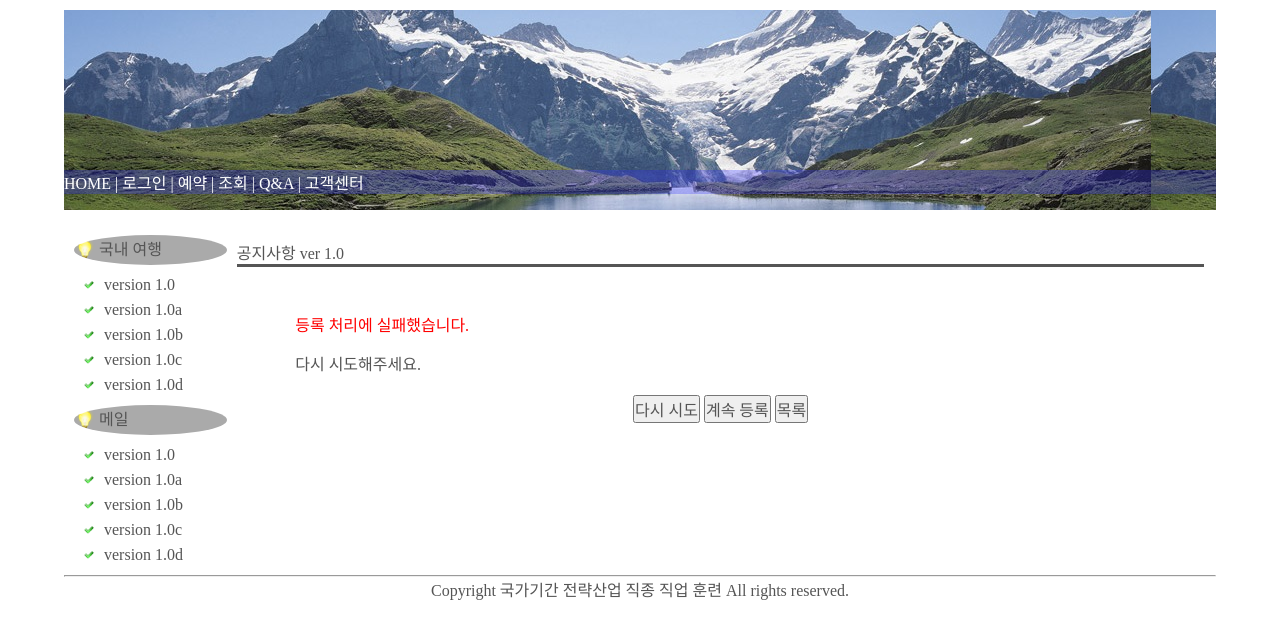
Repository: jangky000/ai_web
Page: http://localhost/blog_v2jc/mail_app/create_proc.jsp
An editor plug-in stored every save of this project. The page is shown before and after the next save, followed by the edit.
The browser window is 1280 px wide. The pictures show the whole page.
The page is served by Tomcat 9. Other server files are loaded and not shown. Queries for data that is not in the repository find no rows.

Above is the page before, as saved 2020-03-27 05:48:31.

### ws__frame/blog_v2jc/WebContent/mail_app/create_proc.jsp
<%@ page contentType="text/html; charset=UTF-8" %>

 <!-- MySQL에서 DBMS에 연결할때 쓰던 import 패키지와 구성이 같다. -->
 <!-- MovieDAO2.java 참조 -->
<%@ page import="java.sql.Connection" %>
<%@ page import=" java.sql.DriverManager" %>
<%@ page import="java.sql.PreparedStatement" %>
<%@ page import="java.sql.ResultSet" %>
<%@ page import="java.sql.SQLException" %>

<%
request.setCharacterEncoding("utf-8");
String root = request.getContextPath();
%>

<%
// 필요 변수 선언
Connection con = null;              // DBMS 연결
PreparedStatement pstmt = null; // SQL 실행
ResultSet rs = null;                   // SELECT 결과를 저장
StringBuffer sql = null;              // SQL 문장
int count = 0;                         // 처리된 레코드 갯수

// MYSQL
// String className = "org.gjt.mm.mysql.Driver"; // MySQL 연결 Driver
// String url = "jdbc:mysql://172.16.12.4:3306/javadb?useUnicode=true&characterEncoding=euckr"; //데이터베이스 javadb 사용

//Oracle, jdbc 연결
String className = "oracle.jdbc.driver.OracleDriver"; // Oracle 연결 Driver
String url = "jdbc:oracle:thin:@127.0.0.1:1521:XE"; //XE -> soldesk 등으로 달라질 수 있다.

String user = "ai6";
String password = "1234";
%>

<!DOCTYPE html>
<html lang="ko">
<head>
<meta charset="UTF-8">
<title></title>
<link href="<%=root%>/css/style.css" rel="Stylesheet" type="text/css">
</head>
<body>
<jsp:include page="/menu/top.jsp" flush='false' />
  <div class="title_line">공지사항 ver 1.0</div>
  <fieldset class="fieldset_basic">
    <!-- <legend class="legend_basic">공지사항 등록</legend> -->
      <ul>
        <%
        String title = request.getParameter("title");
        String content = request.getParameter("content");
        String rname = request.getParameter("rname");
        String passwd = request.getParameter("passwd");

      //네트워크 설정에 예외처리가 필수
        try {
          Class.forName(className); // memory로 클래스를 로딩함, 객체는 생성하지 않음.
          con = DriverManager.getConnection(url, user, password ); // MySQL 연결

          sql = new StringBuffer();
          //SQL문 앞에 한 칸 공백 만들기 + ' ; '지우기
          sql.append(" INSERT INTO notice(noticeno, title, content, rname, passwd, rdate )");
          sql.append(" VALUES (notice_seq.nextval, ?, ?, ?, ?, sysdate)"); // '?'는 ?값으로 판단, 문자열도 single quatation 없이 사용

          //StringBuffer를 문자열로 변환
          pstmt = con.prepareStatement(sql.toString());

          pstmt.setString(1, title);
          pstmt.setString(2, content);
          pstmt.setString(3, rname);
          pstmt.setString(4, passwd);

          //pstmt 바인딩 후에 실행
          count = pstmt.executeUpdate(); // INSERT, UPDATE, DELETE를 실행

        } catch (SQLException e) {
          System.out.println("SQL 실행 중 예외 발생");
          e.printStackTrace(); // 예외가 발생하기까지의 실행 과정 출력
        } catch (ClassNotFoundException e) {
          System.out.println("JDBC 드라이버가 없습니다.");
          e.printStackTrace();
        } finally {
          //try{ if (rs != null){ rs.close(); } }catch(Exception e){ }
          // 따로 에러 출력하지 않고 연결 종료
          try{ if (pstmt != null){ pstmt.close(); } }catch(Exception e){ }
          try{ if (con != null){ con.close(); } }catch(Exception e){ }
        }

      if(count == 1){
        %>
        <li class="li_none">등록 처리에 성공했습니다.</li>
        <%
      } else{
        %>
        <li class="li_error" >등록 처리에 실패했습니다.</li>
        <li class="li_none">다시 시도해주세요. </li>
        <%
      }
        %>
      </ul>
      <div class ="bottom_menu">
        <!-- onclick = "" javascript 연결 -->
        <%
        if(count == 0){
          %>
          <button type="button" onclick="history.back();">다시 시도</button>
          <%
        }
        %>
        <button type="button" onclick="location.href = './create_form.jsp'">계속 등록</button>
        <button type="button" onclick="location.href = './list.jsp'">목록</button>
      </div>
  </fieldset>

<jsp:include page="/menu/bottom.jsp" flush='false' />
</body>
</html>
</html>

### ws__frame/blog_v2jc/WebContent/menu/top.jsp
<%@ page contentType="text/html; charset=UTF-8" %>
<!-- jsp: include를 사용했기 때문에 root로 인한 충돌이 발생하지 않는다. -->
<% String root = request.getContextPath(); %>

<DIV class='container'>
  <DIV class='top_img'>
    <NAV class="top_menu">
      <a href="<%=root %>" class="menu_link">HOME</a> | 로그인 | 예약 | 조회 | Q&A | 고객센터
    </NAV>
  </DIV>

  <DIV style='margin-top: 10px;'> <!-- 좌측 메뉴 + 내용 시작 -->
    <DIV class='left_menu'> <!--  좌측 메뉴 시작 -->
      <div class="li_left_menu_1" >국내 여행</div>
      <UL>
         <!-- 모든 위치에서 동일한 주소를 찾아야하므로, 절대 경로로 설정 -->
        <LI class="li_left_menu_2"><a href="<%= request.getContextPath() %>/notice1/list.jsp">version 1.0</a></LI>
        <LI class="li_left_menu_2"><a href="<%= request.getContextPath() %>/notice1a/list.jsp">version 1.0a</a></LI>
        <LI class="li_left_menu_2"><a href="<%= request.getContextPath() %>/notice1b/list.jsp">version 1.0b</a></LI>
        <LI class="li_left_menu_2"><a href="<%= request.getContextPath() %>/notice1c/list.jsp">version 1.0c</a></LI>
        <LI class="li_left_menu_2"><a href="<%= request.getContextPath() %>/notice1d/list.jsp">version 1.0d</a></LI>
      </UL>
      <!-- br을 쓰는 것보다 margin으로 여백을 주는 것이 낫다 -->
      <div class="li_left_menu_1">메일</div>
      <UL>
        <LI class="li_left_menu_2"><a href="<%= request.getContextPath() %>/mail_app/list.jsp">version 1.0</a></LI>
        <LI class="li_left_menu_2"><a href="<%= request.getContextPath() %>/mail_app1a/list.jsp">version 1.0a</a></LI>
        <LI class="li_left_menu_2"><a href="<%= request.getContextPath() %>/mail_app1b/list.jsp">version 1.0b</a></LI>
        <LI class="li_left_menu_2"><a href="<%= request.getContextPath() %>/mail_app1c/list.jsp">version 1.0c</a></LI>
        <LI class="li_left_menu_2"><a href="<%= request.getContextPath() %>/mail_app1d/list.jsp">version 1.0d</a></LI>
      </UL>

    </DIV>  <!--  좌측 메뉴 종료 -->

    <DIV class='content_body'> <!--  내용 시작 -->

### ws__frame/blog_v2jc/WebContent/menu/bottom.jsp
<%@ page contentType="text/html; charset=UTF-8" %>

    </DIV> <!-- 내용 종료 -->
  </DIV> <!-- 좌측 메뉴 + 내용 종료 -->

  <!-- 화면 하단 메뉴 -->
  <DIV class='copyright'>
    <HR>
    Copyright 국가기간 전략산업 직종 직업 훈련 All rights reserved.
  </DIV>

</DIV> <!-- 컨테이너 종료 -->

### ws__frame/blog_v2jc/WebContent/css/style.css
/* ver 0.2 */
/* 모든 태그에 적용 */
  *{
     font-family: Malgun Gothic;
     font-size: 16px;
     margin: 0px;  /* top right bottom left */
     padding: 0px;
     color: #555555;
  }

  .container {
    width: 90%;
    margin: 10px auto;
  }

  /*
  이미지 경로 지정
  권장하지 않는 방법(절대경로): background-image: url('/blog_v2jc/css/images/top_image.jpg');
  권장하는 방법(상대경로): background-image: url('./images/top_image.jpg');
  style.css 파일이 include(link)되는 폴더를 현재 폴더로 인식함
  /blog_v2jc/css/style.css에서 사용
  /blog_v2jc/css/images/top_image.jpg 인식
   */
  .top_img {
    width: 100%;
    height: 200px;
    /* background-image: url('/blog_v2jc/menu/images/top_image.jpg'); */
    background-image: url('./images/top_image.jpg');
  }

  .top_menu {
    position: relative;  /* 부모 태그 기준 화면 상단 기준 */
    top: 80%;
    /* left: 2px;  */
    background-color: rgba(50, 50, 255, 0.3);
    color: white;
  }

  .left_menu {
    width: 15%;
    float: left;
  }

  .content_body {
    width: 84%;
    float: left;
  }

  .content_bottom {

  }

  .bottom_menu {
    text-align: center;
    margin: 20px auto;
    clear: both;
  }

  .copyright {
    text-align: center;
    margin: 20px auto; /* 블럭 가운데 정렬 */
    clear: both; /*  float: left; 해제 float 효과를 제거 */
  }

  .li_warning{/* 경고 메시지 */
    list-style: none;
    margin: 15px 10px;
    color: #ff6600;
  }

  .li_error{ /* 에러 메시지 */
    list-style: none;
    margin: 15px 10px;
    color: #FF0000;
  }

  .li_none{
    list-style: none;
    margin: 15px 10px;
  }

  .fieldset_basic{
    width:90%;
    margin:10px auto;
    border-top: none;
    border-right: none;
    border-bottom: none;
    border-left: none;
    padding: 10px;
  }

  .legend_basic{
    margin-left:30px;
    border:solid 1px #999999;
    background-color: #A6C2FF;
    color:#FFFFFF;
  }

  input:focus {outline:none;}
  .input_basic{
    border-top: none;
    border-right: none;
    border-bottom: solid 1px #999999;
    border-left: none;
  }

  .title_line{
    text-align:left;
    /* text-decoration: underline; */
    border-bottom: solid 3px #555555;
    width: 100%;
    margin: 20px auto;

  }

  .sub_menu{
    text-align: right;
    width: 100%;
  }

  .table_basic{
    border-collapse: collapse; /* 셀 합치기 */
    margin: 2px auto;
    width: 100%;
  }

  /*
    1em 기본값: 16px, 주변 태그의 글자 크기를 1em으로 인식
    div 태그가 20px일 경우 자식 태그가 0.5em이면 최종적으로 10px이 적용됨.
  */
  .th_basic{
    font-size: 0.8em;
    border-bottom: solid 1px #999999;
  }

  .td_basic{
    background-color: #ffffff;

    border-top: none;
    border-right: none;
    border-bottom: solid 1px #dddddd;
    border-left: none;

    text-align: center;
  }

  .td_left{
    background-color: #ffffff;

    border-top: none;
    border-right: none;
    border-bottom: solid 1px #dddddd;
    border-left: none;

    text-align: left;
  }

  A:link{  /* 방문전 상태 */
    text-decoration: none; /* 밑줄 삭제 */
    color: #555555;
  }

  A:visited{  /* 방문후 상태 */
    text-decoration: none; /* 밑줄 삭제 */
    color: #555555;
  }

  A:hover{  /* A 태그에 마우스가 올라간 상태 */
    text-decoration: underline; /* 밑줄 출력 */
    color: #7777FF;
  }

  A:active{  /* A 태그를 클릭한 상태 */
    text-decoration: underline; /* 밑줄 출력 */
    color: #7777FF;
  }

  /* top menu */
  .menu_link:link{  /* 방문전 상태 */
    text-decoration: none; /* 밑줄 삭제 */
    color: white;
  }

  .menu_link:visited{  /* 방문후 상태 */
    text-decoration: none; /* 밑줄 삭제 */
    color: white;
  }

  .menu_link:hover{  /* A 태그에 마우스가 올라간 상태 */
    text-decoration: underline; /* 밑줄 출력 */
    color: white;
    /* font-weight: bold; */
  }

  .menu_link:active{  /* A 태그를 클릭한 상태 */
    text-decoration: underline; /* 밑줄 출력 */
    color: white;
  }

  .content_title{
    border-top: none;
    border-right: none;
    border-bottom: solid 1px #999999;
    border-left: none;

    margin-bottom: 20px;
  }

  .content_bottom{
    border-top: none;
    border-right: none;
    border-bottom: none;
    border-left: none;
    margin: 20px 0;
    text-align: right;
    font-size: 0.8em;
  }

  .li_left_menu_1{/* 화면 좌측 대분류 */
    list-style: none;
    margin: 15px 10px;
    background: url(./images/li_left_menu_1.png) left center no-repeat; /* url 왼쪽 중간 반복x */
    background-color:#aaaaaa;
    border-radius: 50%;
    background-size: 22px;
    padding-left: 25px;
    line-height: 30px;
  }

  .li_left_menu_2{/* 화면 좌측 중분류 */
    list-style: none;
    margin: 15px 10px;
    background: url(./images/li_left_menu_2.png) left center no-repeat; /* url 왼쪽 중간 반복x */
    background-size: 10px;
    margin-left: 20px;
    padding-left: 20px;
    line-height: 10px;
  }

After the next save:
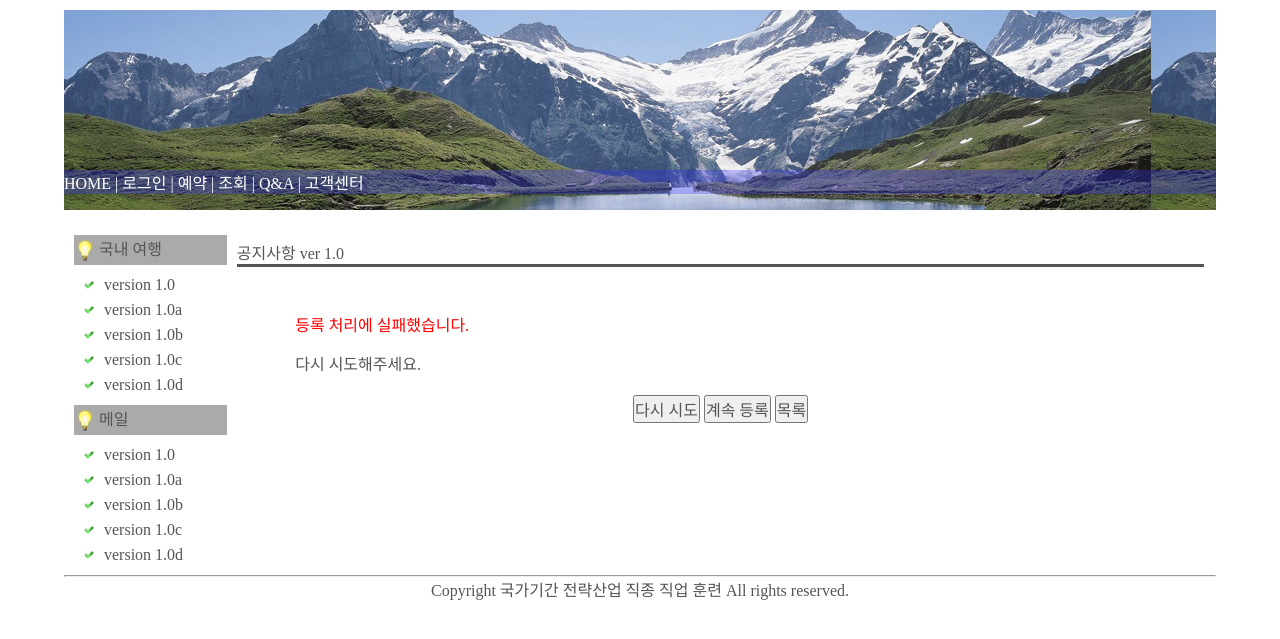
Saved 30 s later.
--- a/ws__frame/blog_v2jc/WebContent/css/style.css
+++ b/ws__frame/blog_v2jc/WebContent/css/style.css
@@ -221,7 +221,6 @@
     margin: 15px 10px;
     background: url(./images/li_left_menu_1.png) left center no-repeat; /* url 왼쪽 중간 반복x */
     background-color:#aaaaaa;
-    border-radius: 50%;
     background-size: 22px;
     padding-left: 25px;
     line-height: 30px;
